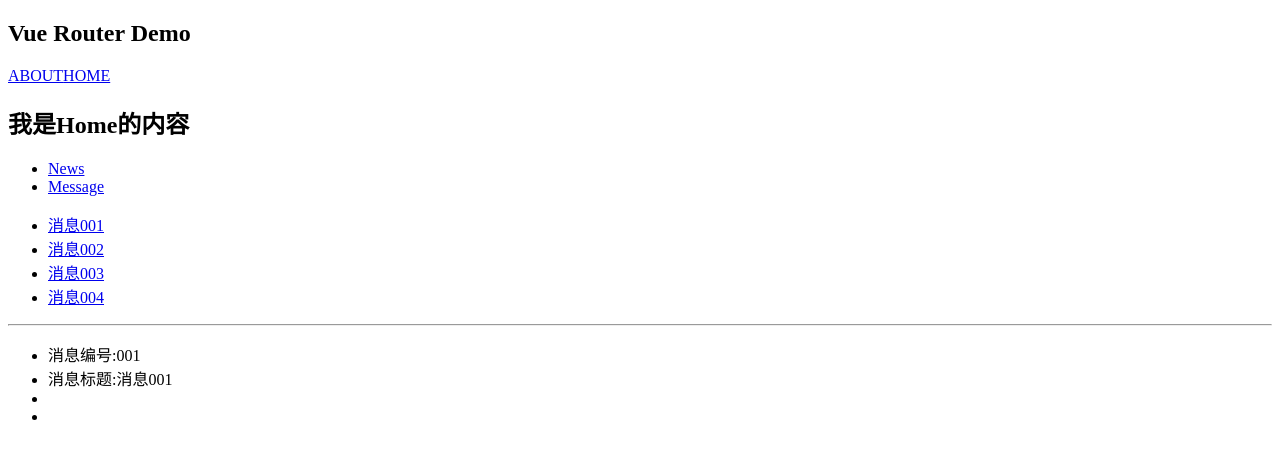
Repository: 13067902180/vue2.0study
Page: /#/home/message/detail/001/%E6%B6%88%E6%81%AF001
The author's editor kept a copy of each file at every save. The page is drawn from the files as they stood at one save, then again after the next save.
The browser window is 1280 px wide. The pictures show the whole page.
The project was rebuilt for these pictures with package versions that can differ from the ones it lists, and the page was loaded fresh each time. Also part of the build but not shown: vue.config.js, src/pages/About.vue, src/pages/News.vue.

Above is the page before, as saved 2023-03-07 09:46:05.

### public/index.html
<!DOCTYPE html>
<html lang="">
  <head>
    <meta charset="utf-8" />
    <!-- 针对ie浏览器的特殊配置，让ie最高级别渲染页面 -->
    <meta http-equiv="X-UA-Compatible" content="IE=edge" />
    <!-- 开启移动端的理想视口 -->
    <meta name="viewport" content="width=device-width,initial-scale=1.0" />
    <!-- 配置页签图标 <%= BASE_URL %> ==== ./ 怕打包出问题 指的是public所在的路径-->
    <link rel="icon" href="<%= BASE_URL %>favicon.ico" />
    <!-- 映入第三方样式 -->
    <!-- <link rel="stylesheet" href="<%= BASE_URL %>css/1.css" /> -->
    <!-- 配置网页图标  %= htmlWebpackPlugin.options.title % 是webpack里的插件1-->
    <title><%= htmlWebpackPlugin.options.title %></title>
  </head>
  <body>
    <!-- 如果浏览器不支持js 显示 支持就不渲染 -->
    <noscript>
      <strong
        >We're sorry but <%= htmlWebpackPlugin.options.title %> doesn't work
        properly without JavaScript enabled. Please enable it to
        continue.</strong
      >
    </noscript>

    <div id="app"></div>
    <!-- built files will be auto injected -->
  </body>
</html>
<!-- 整个页面的界面 -->

### src/main.js
//引入vue 精简版  正式版是vue.js dist/vue.js
import Vue from 'vue'
import VueRouter from 'vue-router'

//app所有组件的父组件
import App from './App.vue'
import router from './router'

Vue.use(VueRouter)

Vue.config.productionTip = false
// 创建vue实例对象  ---vm
new Vue({
  // 将app组件放入容器中
  render: h => h(App),

  router: router,
}).$mount('#app')

### src/App.vue
<template>
  <div>
    <div class="row">
      <Banner></Banner>
    </div>
    <div class="row">
      <div class="col-xs-offset-2 col-xs-2">
        <div class="list-group">
          <!-- 原始html中我们使用a标签实现页面跳转 -->
          <!-- <a href="./about.html" class="list-group-item active" >ABOUT</a> -->
          <!-- <a href="./home/html" class="list-group-item">HOME</a> -->
          <router-link
            class="list-group-item"
            active-class="active"
            :to="{ name: 'guanyu' }"
            >ABOUT</router-link
          >
          <router-link class="list-group-item" active-class="active" to="/home"
            >HOME</router-link
          >
        </div>
      </div>
      <div class="col-xs-6">
        <div class="panel">
          <div class="panel-body">
            <!-- 指定组件的呈现位置 -->
            <router-view></router-view>
          </div>
        </div>
      </div>
    </div>
  </div>
</template>

<script>
// 引入组件  组件全放到components
import Banner from "./components/Banner.vue";
export default {
  name: "App",
  components: {
    Banner,
  },
};
</script>

<style>
</style>

### src/router/index.js
// 该文件专门用于创建整个应用的路由器


import VueRouter from "vue-router";
import About from '../pages/About.vue'
import Home from '../pages/Home.vue'
import News from '../pages/News.vue'
import Message from "../pages/Message.vue";
import Detail from "../pages/Detail.vue";

// 创建并暴露一个路由器
export default new VueRouter({
    routes: [{
        // 一级路由
        name: "guanyu",
        path: '/about',
        component: About,
    },
    {
        path: '/home',
        component: Home,
        children: [
            {
                path: 'news',
                component: News,
            },
            {
                path: 'message',
                component: Message,
                children: [
                    {
                        name: "xiangqing",
                        // 占位符占位数据 在params里
                        path: 'detail/:id/:title',
                        component: Detail,
                        // props的第一种写法，值为对象，该对象中的所有key-value 已props传给detail组件
                        // props: { a: 1, b: 'hello' }
                        // props的第二种写法，值为布尔值，若布尔值为真就会把该组件收到的说有params参数以props的形式传给detail组件
                        props: true,
                    }

                ]
            }
        ]
    },
    ]
})

### src/components/Banner.vue
<template>
  <div class="col-xs-offset-2 col-xs-8">
    <div class="page-header"><h2>Vue Router Demo</h2></div>
  </div>
</template>

<script>
export default {
  // eslint-disable-next-line vue/multi-word-component-names
  name: "Banner",
};
</script>

<style>
</style>

### src/pages/Home.vue
<template>
  <div>
    <h2>我是Home的内容</h2>
    <div>
      <ul class="nav nav-tabs">
        <li>
          <router-link
            href="./home-news.html"
            class="list-group-item"
            active-class="active"
            to="/home/news"
            >News</router-link
          >
        </li>
        <li>
          <router-link
            href="./home-news.html"
            class="list-group-item"
            active-class="active"
            to="/home/message"
            >Message</router-link
          >
        </li>
      </ul>
      <router-view></router-view>
    </div>
  </div>
</template>

<script>
export default {
  // eslint-disable-next-line vue/multi-word-component-names
  name: "Home",
  // beforeDestroy() {
  //   console.log("Home组件即将被销毁");
  // },
  // mounted() {
  //   console.log("Home组件挂载完毕");
  // },
};
</script>

<style>
</style>

### src/pages/Message.vue
<template>
  <div>
    <ul>
      <li v-for="m in messageList" :key="m.id">
        <!-- 跳转路由携带params参数 to的字符串写法-->
        <!-- <router-link :to="`/home/message/detail/${m.id}/${m.title}`">{{
          m.title
        }}</router-link> -->
        <!-- 跳转路由携带params参数 to的对象写法-->
        <router-link
          :to="{
            name: 'xiangqing',
            params: {
              id: m.id,
              title: m.title,
            },
          }"
        >
          {{ m.title }}
        </router-link>
      </li>
    </ul>
    <hr />
    <router-view></router-view>
  </div>
</template>

<script>
export default {
  // eslint-disable-next-line vue/multi-word-component-names
  name: "Message",
  data() {
    return {
      messageList: [
        { id: "001", title: "消息001" },
        { id: "002", title: "消息002" },
        { id: "003", title: "消息003" },
        { id: "004", title: "消息004" },
      ],
    };
  },
};
</script>

<style>
</style>

### src/pages/Detail.vue
<template>
  <ul>
    <li>消息编号:{{ this.$route.params.id }}</li>
    <li>消息标题:{{ this.$route.params.title }}</li>
    <li>{{ a }}</li>
    <li>{{ b }}</li>
  </ul>
</template>

<script>
export default {
  // eslint-disable-next-line vue/multi-word-component-names
  name: "Detail",
  props: ["a", "b"],

  mounted() {
    console.log(this.$route);
  },
};
</script>

<style>
</style>

After the next save:
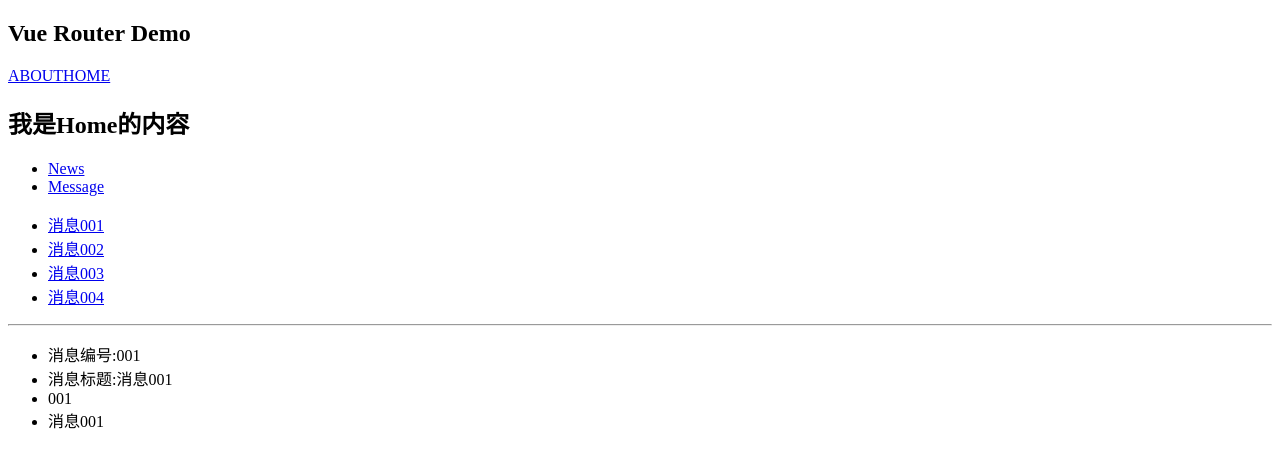
Saved 104 s later.
--- a/src/pages/Detail.vue
+++ b/src/pages/Detail.vue
@@ -2,8 +2,8 @@
   <ul>
     <li>消息编号:{{ this.$route.params.id }}</li>
     <li>消息标题:{{ this.$route.params.title }}</li>
-    <li>{{ a }}</li>
-    <li>{{ b }}</li>
+    <li>{{ id }}</li>
+    <li>{{ title }}</li>
   </ul>
 </template>
 
@@ -11,7 +11,7 @@
 export default {
   // eslint-disable-next-line vue/multi-word-component-names
   name: "Detail",
-  props: ["a", "b"],
+  props: ["id", "title"],
 
   mounted() {
     console.log(this.$route);
